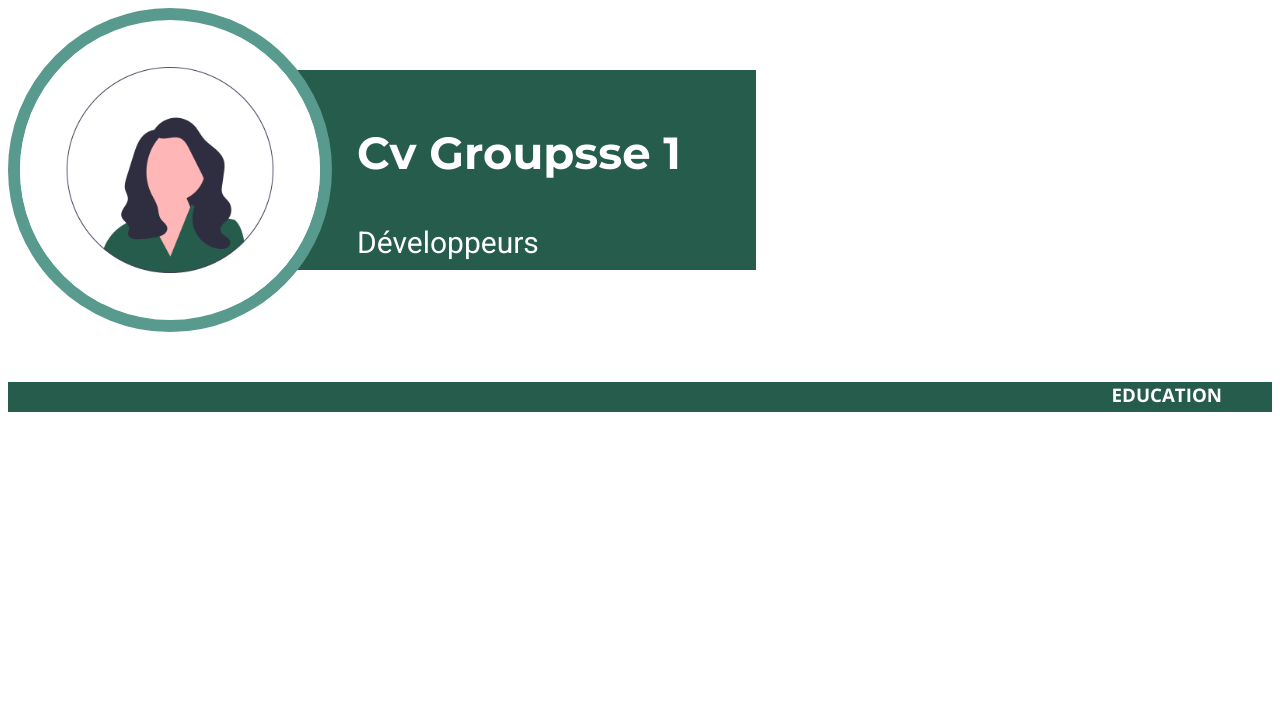
Repository: NdiongueFH/Mon_CV
Page: CV_Groupe1.html
These files come from the project's save history. The page is drawn as it stood at one moment and after the next save; the edit follows.
The browser window is 1280 px wide. The pictures show the whole page.

Above is the page before, as saved 2024-08-03 16:23:23.

### CV_Groupe1.html
<!DOCTYPE html>
<html lang="fr">
<head>
    <meta charset="UTF-8">
    <meta name="viewport" content="width=device-width, initial-scale=1.0">
    <!--Intégration de police d'écriture via un lien web-->
    <link href="https://fonts.googleapis.com/css2?family=Montserrat:wght@400;700&family=Open+Sans:wght@400;700&family=Roboto:wght@400;500&display=swap" rel="stylesheet">
    <!--Intégration de notre lien CSS-->
    <link rel="stylesheet" href="CV_Groupe1.css">
    <title>MON CV</title>

</head>
<body>
    <!--section principale-->
    <section id="principal">

        <!--Début Partie Ndiawar-->

        <!--la partie profile de notre cv-->
        <section id="profile">
            <!--identité-->
            <div id="identite">
                <!--image-->
                <div class="image">
                    <img id="image_profil" src="./image/profil.png" alt="" sizes="30" srcset="">
                </div>
                <!--fin image-->
                <!--debut nom-->
                <div class="nom">
                    <h1 id="name_cv">Cv Groupsse 1</h1>
                    <span id="function">Développeurs</span>
                </div>
                <!--fin nom-->
            </div>
            <!--fin identité-->
        </section>
        <!--fin de la partie profile-->

        <!--Fin Partie Ndiawar Diop-->


        <!--le debut du corp de notre cv-->
        <section  id="renseignement">
            <!--corp -->
            <div id="corps">
                <!--debut blanc-->
                <div class="blanc">


                    <!--Début Partie Anta Maguette Faye-->


                    <!--education-->
                    <div class="edu_exp">
                        <!--titre education-->
                        <div class="titre_edu_exp">
                            <h1 class="h1_titr">
                                EDUCATION
                            </h1>
                        </div>
                        <!--fin titre education-->
                        <!--parti education-->
                        <div class="info_edu">

                        </div>
                        <!--fin parti education-->
                    </div>
                    <!--fin education-->


                    <!--Fin Partie Anta Maguette Faye-->

                    <!--Début Partie Fatoumata Hawa Ndiongue-->

                    <!--experience-->
                    <div class="edu_exp" >
                        <!--titre experience-->
                        <div class="titre_edu_exp"></div>
                        <!--fin titre experience-->
                        <!--parti experience-->
                        <div class="info_exp"></div>
                        <!--fin parti experience-->
                    </div>
                    <!--fin experience-->

                    <!--Début Footer-->
                    <div id="footer">

                    </div>
                    <!--Fin Footer-->

                    <!--Fin Partie Fatoumata Hawa Ndiongue-->

                </div>
                <!--fin blanc-->

                <!--Début Moustapha Dieng-->


                <!--debut noir-->
                <div class="noir">
                    <!--contact-->
                    <div class="contact">
                        <!--titre contact-->
                        <div class="titre_contact_skill">
                            <h1></h1>
                        </div>
                        <!--fin titre contact-->
                        <!-- donnee contact-->
                        <div class="donnees_contact">

                        </div>
                        <!--fin donnee contact-->
                    </div>
                    <!--fin contact-->
                    <!--skill-->
                    <div class="skill">
                        <!--titre skill-->
                        <div class="titre_contact_skill">
                            <h1></h1>
                        </div>
                        <!--fin titre skill-->
                        <!--donné skill-->
                        <div class="donnees_skill"></div>
                        <!--fin donné skill-->
                    </div>
                    <!--fin skill-->
                    <!--resaux socio-->
                    <div id="resaux"></div>
                    <!--fin resaux socio-->
                </div>
                <!--fin noir-->

                <!--Fin Moustapha Dieng-->


            </div>
            <!--fin corp-->

        </section>
        <!--la fin du corp de notre cv-->
    </section>
    <!--Fin section principale-->

</body>
</html>

### CV_Groupe1.css
/*Le pseudo-élément `:root` en CSS permet de définir des variables globales pour un document,
représentant l'élément `<html>`. Utilisé pour centraliser la gestion des styles comme
les couleurs et les polices, il facilite la maintenance du CSS en rendant
les valeurs facilement réutilisables et modifiables dans toute la feuille de style.*/

:root {
    /* Définition des couleurs de base */
    --teal-1: #265C4B; /* Teal foncé */
    --teal-2: #146551; /* Teal moyen foncé */
    --teal-3: #007566; /* Teal vif */
    --teal-4: #589A8D; /* Teal clair */
    --teal-5: #fff; /* Blanc très clair */
    --Noir-6: #000000; /*Noir*/
    --Blanc-7: #ffffff; /*Blanc*/

    /* Utilisation des couleurs pour différents éléments */

    --color-title: var(--teal-1); /* Couleur pour les titres */
    --color-subtitle: var(--teal-3); /* Couleur pour les sous-titres */
    --color-paragraph: var(--teal-2); /* Couleur pour les paragraphes */
    --color-border: var(--teal-4); /* Couleur pour les bordures */
    --color-backgroundFoncé: var(--teal-1); /*Couleur de fond foncée*/
    --color-background: var(--teal-5); /* Couleur de fond général */
    --color-text: var(--Noir-6); /*Couleur pour le texte de fond*/
    --color-white: var(--Blanc-7); /*Couleur blanche pour les texte de fon d'une balise"*/
}

/*Intégration de nos polices d'écritures générales pour notre texte, titre et les sous-titres*/
:root {
    /* Polices */
    --font-title: 'Montserrat', sans-serif;
    --font-text: 'Open Sans', sans-serif;
    --font-subtitle: 'Roboto', sans-serif;

    /* Taille de police standard et poids */
    --font-size-normal: 16px; /* Taille de police standard pour le texte */
    --font-size-title: 28px; /* Taille de police pour les grands titres */
    --font-size-subtitle: 20px; /* Taille de police pour les sous-titres */
    --font-weight-normal: 400; /* Poids normal de la police */
    --font-weight-bold: 700; /* Poids en gras */
    /*Pour le profil la taile du nom et du sous-titre*/
    --font-size-titleProfil: 45px;
    --font-size-subtitleProfil: 30px;
}

/*Initialisation de notre body pour supprimer les marges et choix du type de police pour notre site*/
body {
    color: var(--color-text);
    background-color: var(--color-background);
    font-family: var(--font-text);
    font-size: var(--font-size-normal);
    font-weight: var(--font-weight-normal);
}

/*Partie Ndiawar Diop*/
    /*Début partie profil de Mon_CV*/

/*Div Identité*/
#identite {
    display: flex;
    align-items: center; /* Pour aligner verticalement les éléments à l'intérieur */
    background: none;
}
/*Image*/
.image {
    background-color: var(--color-background);
    border: 12px solid var(--color-border);
    width: 300px;  /* Assurez-vous que le conteneur est carré */
    height: 300px;
    border-radius: 50%;  /* Rend l'image ronde */
    overflow: hidden;  /* Cache les parties de l'image qui débordent */
    z-index: 2; /* Nous Plaçons l'image au-dessus de .nom */
    position: relative; /* Nécessaire pour appliquer z-index */
}

#image_profil {
    width: 100%;
    height: 100%;
    object-fit: contain;  /* Garantit que l'image couvre tout l'espace sans déformation */
}
/*Le nom du profil*/
.nom {
    background-color: var(--color-backgroundFoncé);
    width: 30%;
    height: 200px; /* Aligner la hauteur avec celle de l'image */
    display: flex;
    color: var(--color-white);
    flex-direction: column;
    justify-content: center;
    text-align: left;
    padding: 0 20px 0 75px;
    margin-left: -50px; /* Ajustement pour le chevauchement */
    z-index: 1; /* S'assurer que .nom se superpose à .image */
    position: relative;
}
#name_cv{
    font-family: var(--font-title);
    font-size: var(--font-size-titleProfil);
    font-weight: var(--font-weight-bold);
}
#function {
    font-family: var(--font-subtitle);
    font-size: var(--font-size-subtitleProfil);
    font-weight: var(--font-weight-normal);
}
    /*Fin Partie profil de Mon_Cv*/
/*Fin Partie Ndiawar Diop*/

/*Partie Section 2*/
    /*Partie Anta Maquette Faye*/
.titre_edu_exp {
    width: 100%;
    height: 15px;
    background-color: var(--color-backgroundFoncé);
    color: var(--color-white);
    text-align: right;
}
.h1_titr {
    margin: 50px;

}

After the next save:
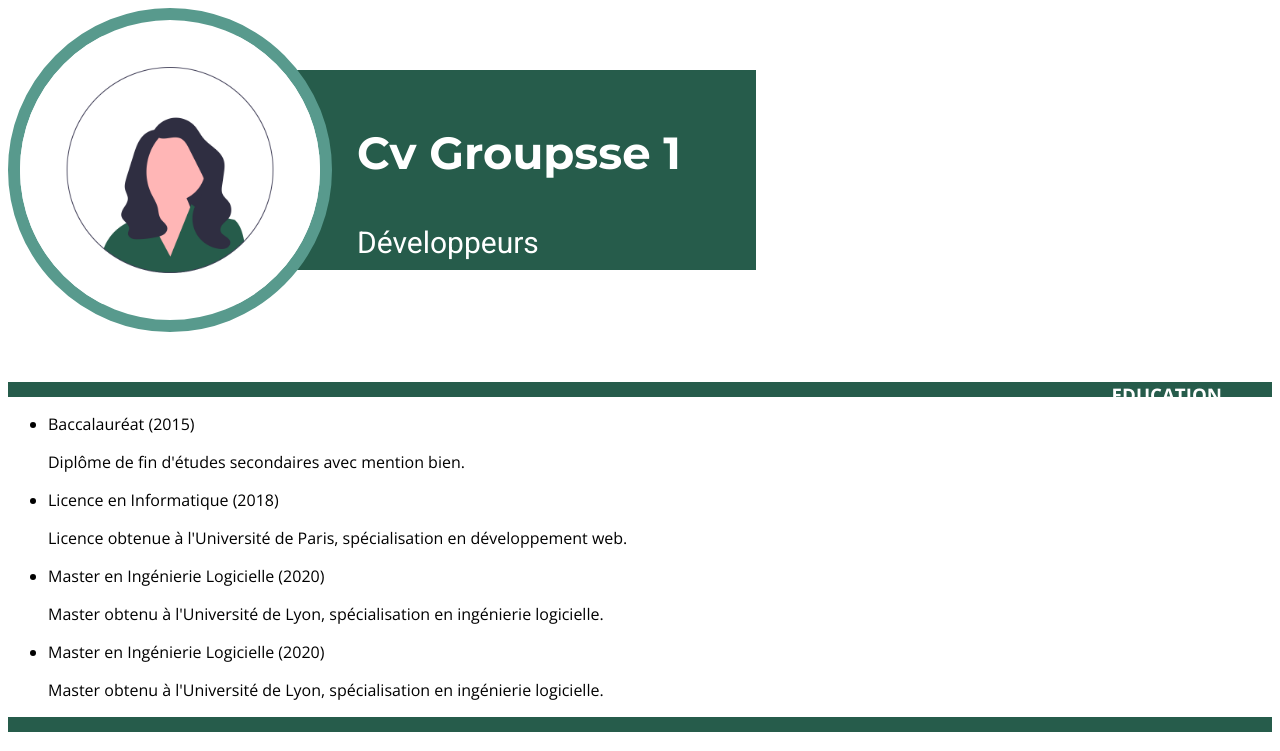
Saved 6 min 28 s later.
--- a/CV_Groupe1.html
+++ b/CV_Groupe1.html
@@ -60,8 +60,37 @@
                         </div>
                         <!--fin titre education-->
                         <!--parti education-->
-                        <div class="info_edu">
-
+                        <div id="info_edu">
+                            <ul class="liste-diplomes">
+                                <li>
+                                    <div class="info">
+                                        <span class="diplome">Baccalauréat</span>
+                                        <span class="annee">(2015)</span>
+                                    </div>
+                                    <p class="description">Diplôme de fin d'études secondaires avec mention bien.</p>
+                                </li>
+                                <li>
+                                    <div class="info">
+                                        <span class="diplome">Licence en Informatique</span>
+                                        <span class="annee">(2018)</span>
+                                    </div>
+                                    <p class="description">Licence obtenue à l'Université de Paris, spécialisation en développement web.</p>
+                                </li>
+                                <li>
+                                    <div class="info">
+                                        <span class="diplome">Master en Ingénierie Logicielle</span>
+                                        <span class="annee">(2020)</span>
+                                    </div>
+                                    <p class="description">Master obtenu à l'Université de Lyon, spécialisation en ingénierie logicielle.</p>
+                                </li>
+                                <li>
+                                    <div class="info">
+                                        <span class="diplome">Master en Ingénierie Logicielle</span>
+                                        <span class="annee">(2020)</span>
+                                    </div>
+                                    <p class="description">Master obtenu à l'Université de Lyon, spécialisation en ingénierie logicielle.</p>
+                                </li>
+                            </ul>
                         </div>
                         <!--fin parti education-->
                     </div>
@@ -78,7 +107,7 @@
                         <div class="titre_edu_exp"></div>
                         <!--fin titre experience-->
                         <!--parti experience-->
-                        <div class="info_exp"></div>
+                        <div id="info_exp"></div>
                         <!--fin parti experience-->
                     </div>
                     <!--fin experience-->
